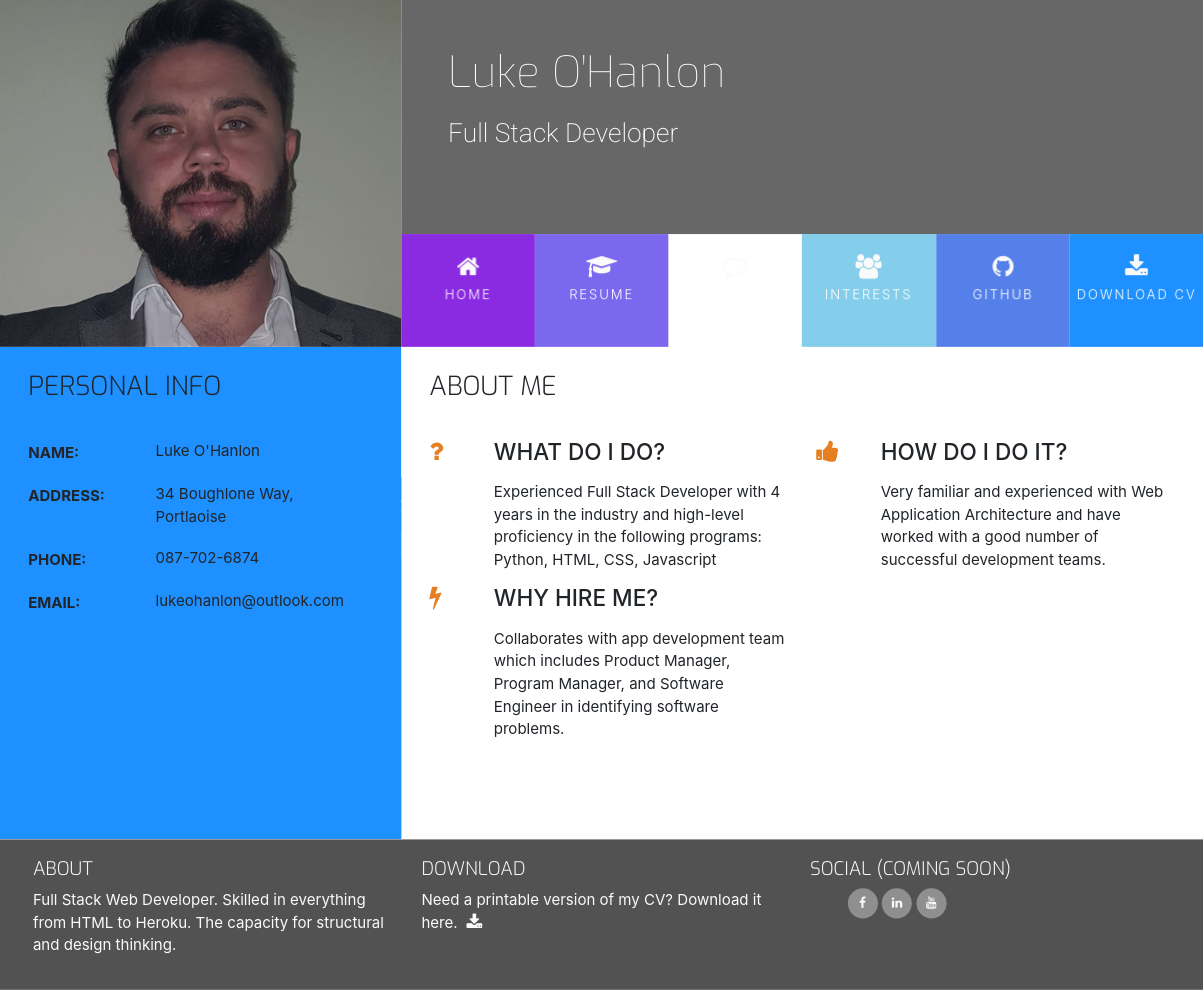
Repository: luke0han/my-resume
Page: index.html
The author's editor kept a record of every edit. The page is drawn from the files as they stood at one moment, then again after the next edit.
The browser window is 1280 px wide. The pictures show the whole page, at 94% of full size.

Above is the page before.

After the next edit:
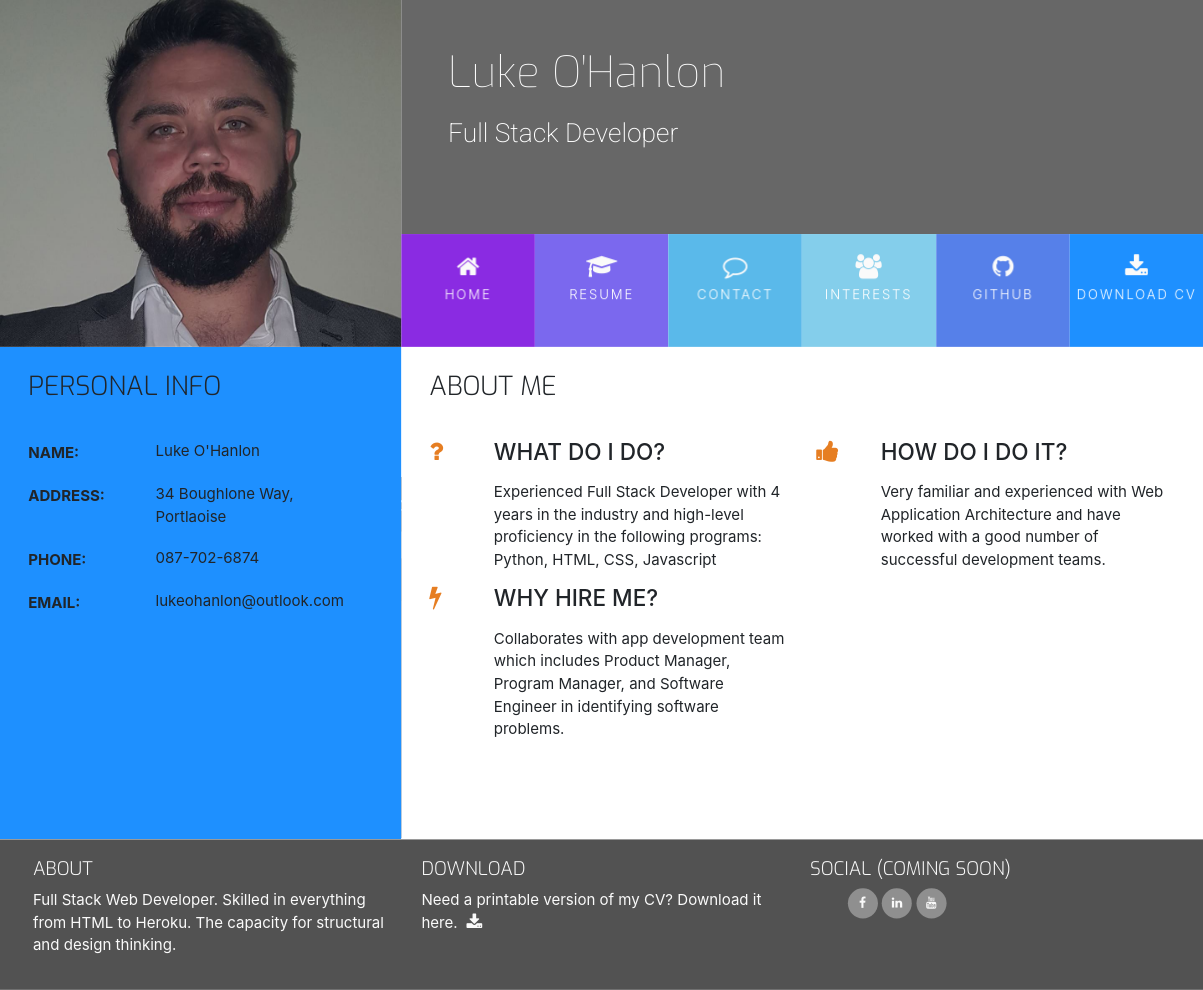
The edit:
--- a/assets/css/style.css
+++ b/assets/css/style.css
@@ -17,7 +17,7 @@
 }
 
 .ui-menu-color-contact {
-    background-color: #ab9ea;
+    background-color: #5ab9ea;
 }
 
 .ui-menu-color-download {
